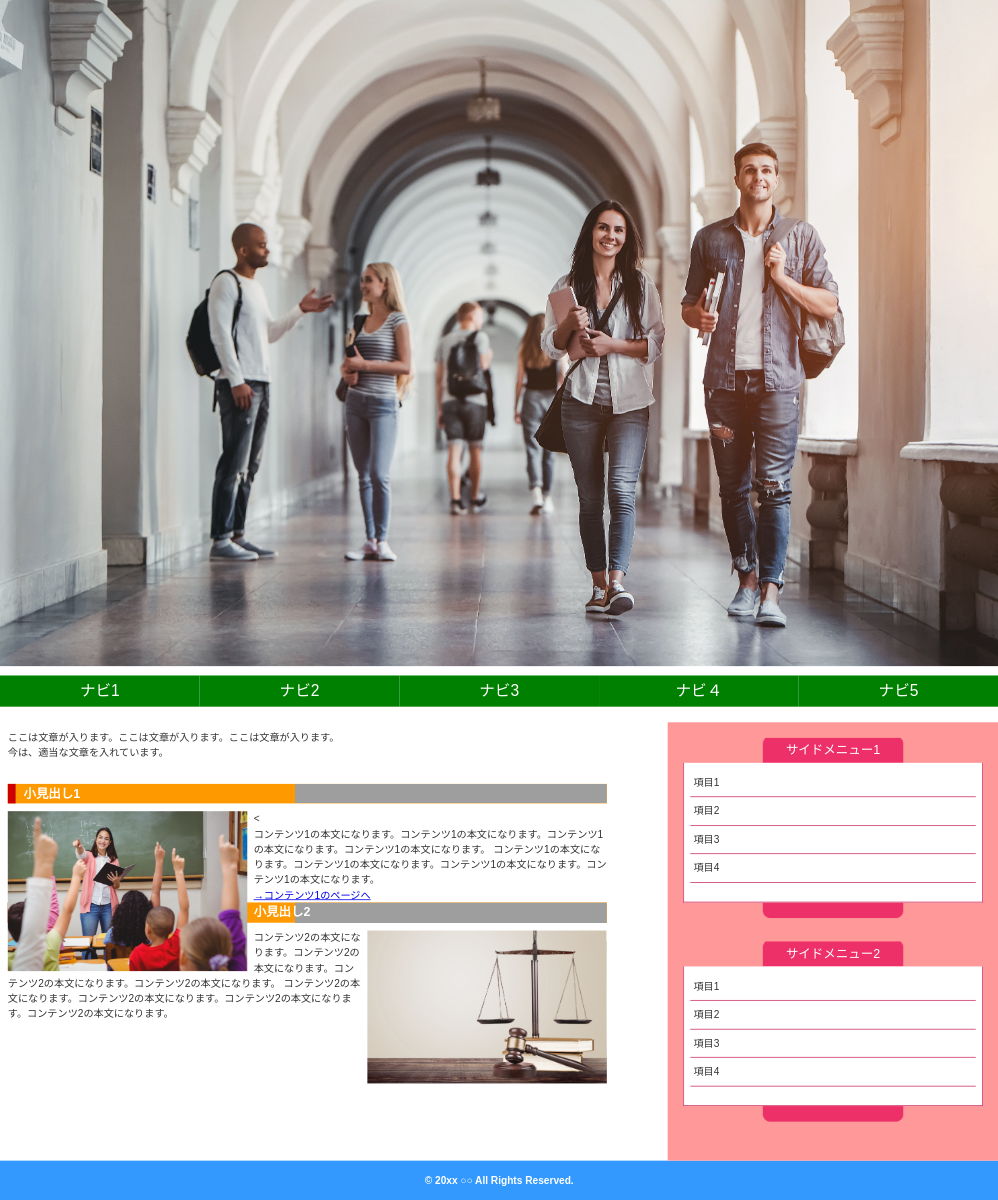
Repository: sxunta/samurai_HTML-CSS
Page: home.html
The author's editor kept a record of every edit. The page is drawn from the files as they stood at one moment, then again after the next edit.
The browser window is 1280 px wide. The pictures show the whole page, at 78% of full size.
The pointer rests on the first visible `#nav ul li a`.
Pictures or frames that could not be fetched are drawn as grey boxes.

Above is the page before.

After the next edit:
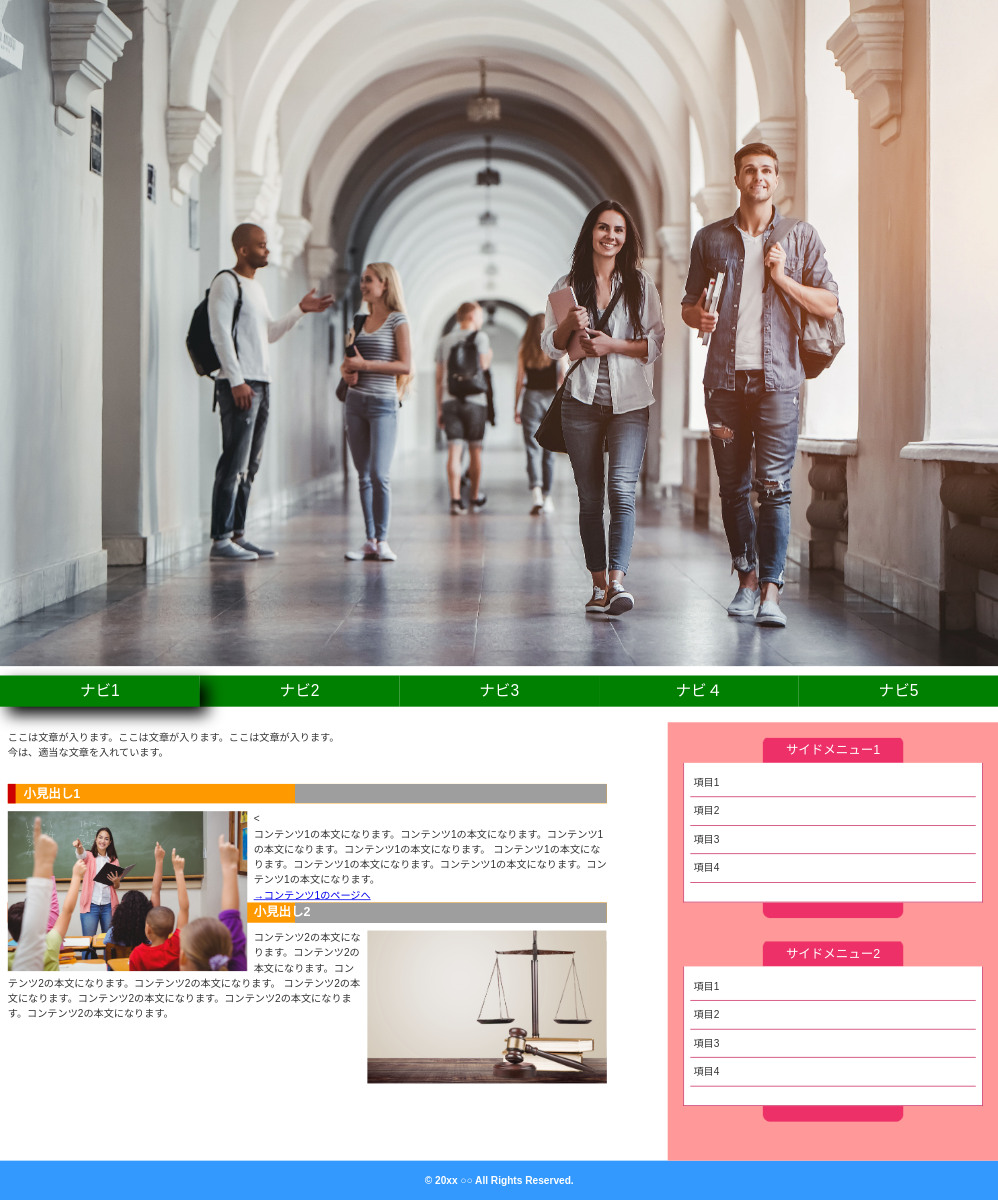
The edit:
--- a/stylesheet.css
+++ b/stylesheet.css
@@ -70,7 +70,7 @@
 }
 
 #nav ul li a:hover {
-	   filter: drop-shadow(10px 10px 10px block);
+	   filter: drop-shadow(10px 10px 10px black);
 }
 
 #container {
